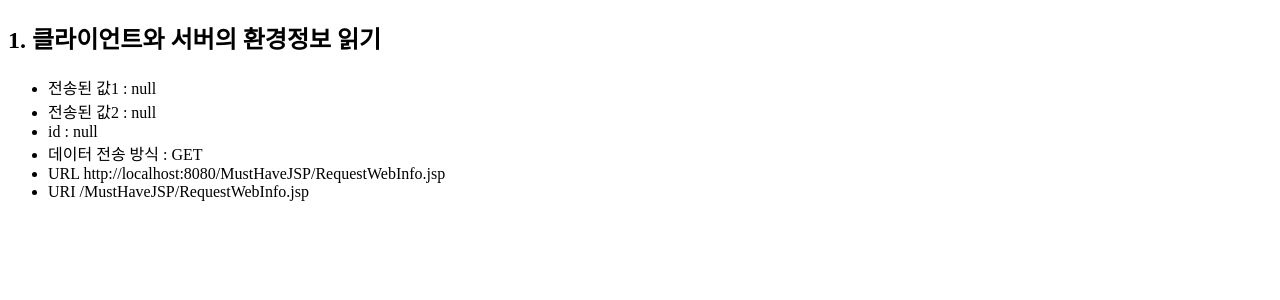
Repository: ahwaboin3/eclipse-workspace-jsp
Page: http://localhost/MustHaveJSP/RequestWebInfo.jsp
These files come from the project's save history. The page is drawn as it stood at one moment and after the next save; the edit follows.
The browser window is 1280 px wide. The pictures show the whole page.
The page is served by Tomcat 10. Other server files are loaded and not shown.

Above is the page before, as saved 2025-05-21 05:10:46.

### MustHaveJSP/src/main/webapp/RequestWebInfo.jsp
<%@ page language="java" contentType="text/html; charset=UTF-8"
    pageEncoding="UTF-8"%>
<!DOCTYPE html>
<html>
<head>
<meta charset="UTF-8">
<title>Insert title here</title>
</head>
<body>
	<h2>1. 클라이언트와 서버의 환경정보 읽기</h2>
	<ul>
		<li>전송된 값1 : <%=request.getParameter("eng") %></li>
		<li>전송된 값2 : <%=request.getParameter("han") %></li>
		<li>id : <%=request.getParameter("id") %></li>
		<li>데이터 전송 방식 : <%=request.getMethod() %></li>
		<!-- URL - 주소
			getRequestURL() - 요청 주소를 반환합니다.
			getRequestURI() - 요청 주소를 반환하는데 호스트(아이피,포트)
			를 제외한 주소를 반환합니다.
		 -->
		<li>URL <%=request.getRequestURL() %></li>
		<li>URI <%=request.getRequestURI() %></li>
	</ul>
</body>
</html>

After the next save:
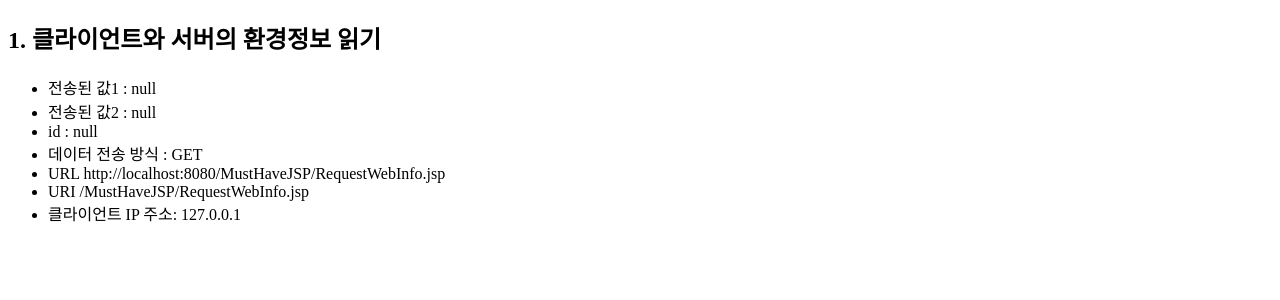
Saved 72 s later.
--- a/MustHaveJSP/src/main/webapp/RequestWebInfo.jsp
+++ b/MustHaveJSP/src/main/webapp/RequestWebInfo.jsp
@@ -20,6 +20,7 @@
 		 -->
 		<li>URL <%=request.getRequestURL() %></li>
 		<li>URI <%=request.getRequestURI() %></li>
+		<li>클라이언트 IP 주소: <%=request.getRemoteAddr() %>
 	</ul>
 </body>
 </html>
